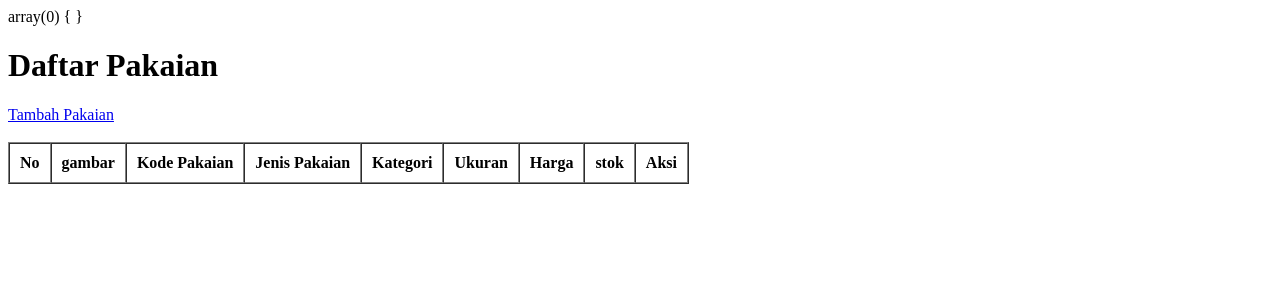
Repository: NovianRI/NovianRI.github.io
Page: http://localhost/
An editor plug-in stored every save of this project. The page is shown before and after the next save, followed by the edit.
The browser window is 1280 px wide. The pictures show the whole page.
The page is run by PHP 8.4 with error messages shown; the project is at /var/www/html/. Queries for data that is not in the repository find no rows.

Above is the page before, as saved 2024-01-16 22:39:03.

### index.php
<?php

require 'function.php';

$tokopak = query("SELECT * FROM tokopak");
var_dump($tokopak);

?>



<!DOCTYPE html>
<html lang="en">
<head>
    <meta charset="UTF-8">
    <meta name="viewport" content="width=device-width, initial-scale=1.0">
    <title>Toko Pakaian</title>
</head>
<body>

    <h1>Daftar Pakaian</h1>

    <a href="tambah.php">Tambah Pakaian</a>
    <br><br>


    <table border="1" cellpadding="10" cellspacing="0">
        <tr>
            <th>No</th>
            <th>gambar</th>
            <th>Kode Pakaian</th>
            <th>Jenis Pakaian</th>
            <th>Kategori</th>
            <th>Ukuran</th>
            <th>Harga</th>
            <th>stok</th>
            <th>Aksi</th>
        </tr>


        <?php foreach($tokopak as $row) : ?>
        <tr>
            <td>1</td>
            <td><img src="img/<?= $row["gambar"]; ?>" alt="" width="50"></td>
            <td><?= $row["kode_pakaian"]; ?></td>
            <td><?= $row["jenis"]; ?></td>
            <td><?= $row["kategori"]; ?></td>
            <td><?= $row["ukuran"]; ?></td>
            <td><?= $row["harga"]; ?></td>
            <td><?= $row["stok"]; ?></td>
            <td>
                <a href="">Ubah</a>
                <a href="">Hapus</a>
            </td>
        </tr>
        <?php endforeach; ?>
    </table>

</body>
</html>

### function.php
<?php

$koneksi = mysqli_connect("localhost", "root", "", "latihan_crud");

function query($query){
    global $koneksi;

    $result = mysqli_query($koneksi, $query);
    $rows = [];
    while ( $row = mysqli_fetch_assoc ($result)){
        $rows[] = $row;
    }
    return $rows;
}

function tambah($data){
    global $koneksi;

    $kodepakaian = htmlspecialchars($data["kode_pakaian"]);
    $jenis = htmlspecialchars($data["jenis"]);
    $kategori = htmlspecialchars($data["kategori"]);
    $ukuran = htmlspecialchars($data["ukuran"]);
    $harga = htmlspecialchars($data["harga"]);
    $stok = htmlspecialchars($data["stok"]);
    $gambar = htmlspecialchars($data["gambar"]);

    $query = "SELECT INTO tokopak Value ('', '$kodepakaian', '$jenis', '$kategori', '$ukuran','$harga', '$stok', '$gambar')";
    mysqli_query($koneksi, $query);

    return mysqli_affected_rows($koneksi);
}

?>

After the next save:
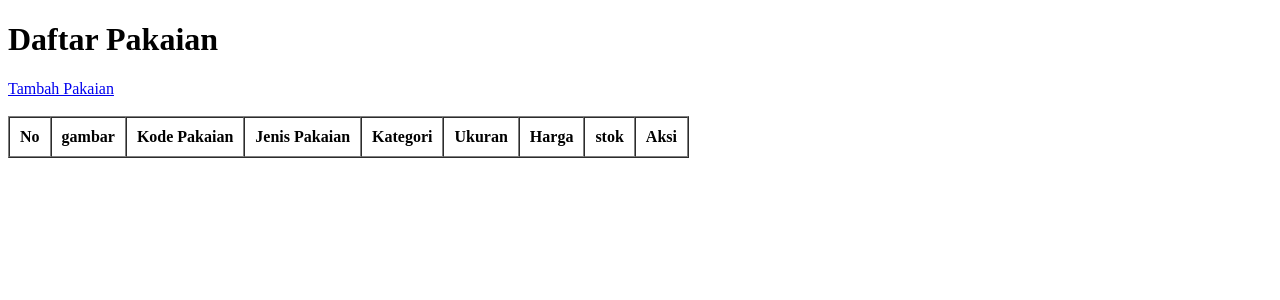
Saved 6 s later.
--- a/index.php
+++ b/index.php
@@ -3,7 +3,7 @@
 require 'function.php';
 
 $tokopak = query("SELECT * FROM tokopak");
-var_dump($tokopak);
+
 
 ?>
 
